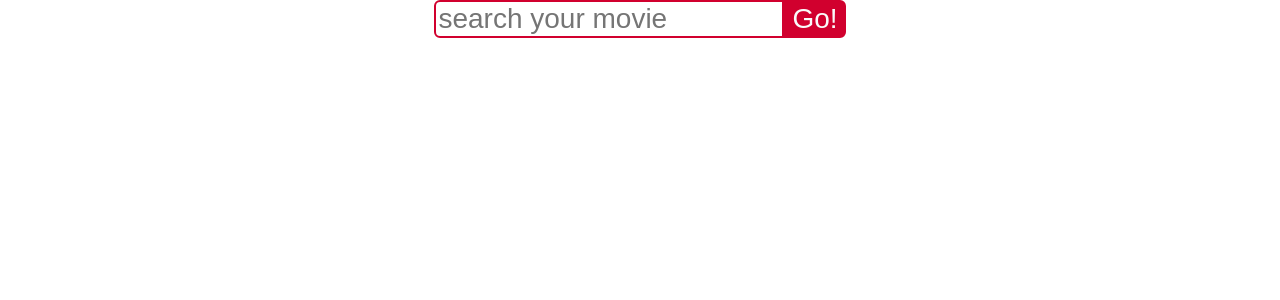
Repository: runner855/movies-app
Page: /
The author's editor kept a copy of each file at every save. The page is drawn from the files as they stood at one save, then again after the next save.
The browser window is 1280 px wide. The pictures show the whole page.
The project was rebuilt for these pictures with package versions that can differ from the ones it lists, and the page was loaded fresh each time.

Above is the page before, as saved 2021-06-19 11:48:55.

After the next save:
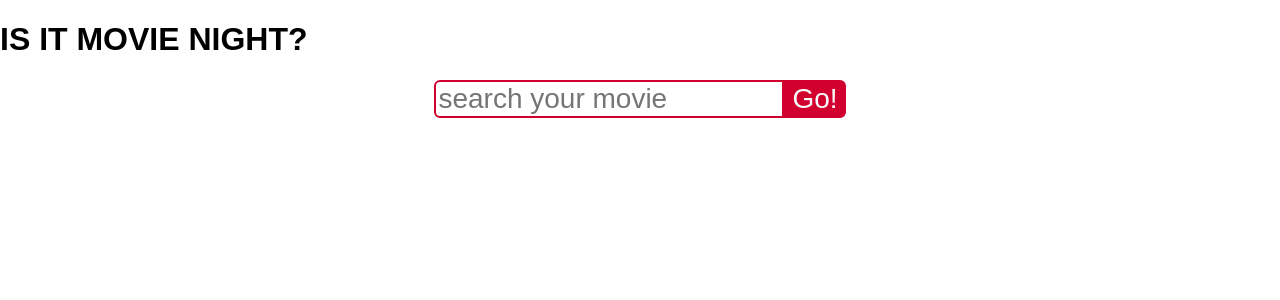
Saved 57 s later.
--- a/src/components/App.js
+++ b/src/components/App.js
@@ -25,6 +25,7 @@ function App() {
   }, [searchTerm]);
   return (
     <div className="App">
+      <h1>IS IT MOVIE NIGHT?</h1>
       <form className="search-form">
         <input
           placeholder="search your movie"
